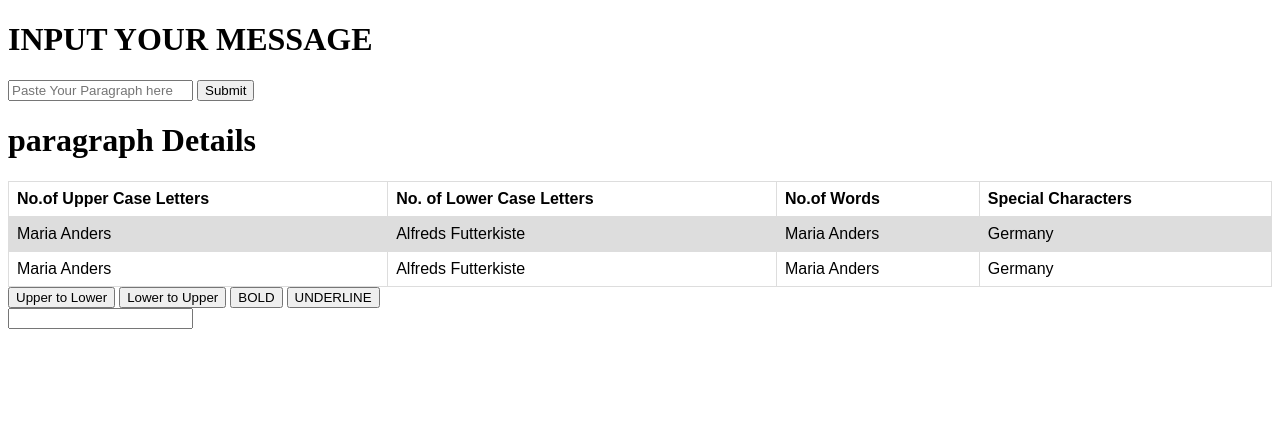
Repository: SharonSebastian32/Paragraph_management_application
Page: index.html
The author's editor kept a copy of each file at every save. The page is drawn from the files as they stood at one save, then again after a run of saves.
The browser window is 1280 px wide. The pictures show the whole page.

Above is the page before, as saved 2024-08-22 14:38:41.

After the next 2 saves:
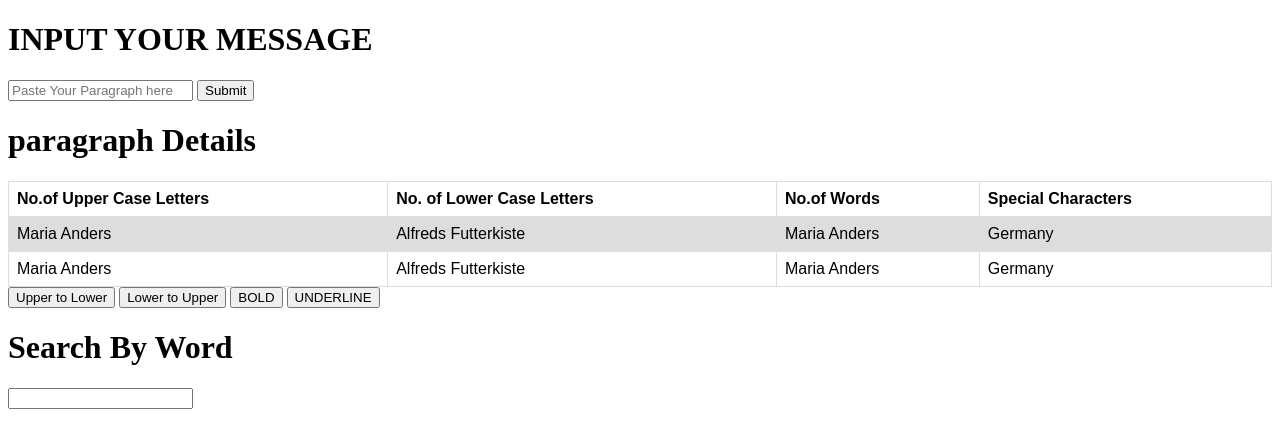
The 2 saves are shown as one change because they came seconds apart.
The last was saved 15 s later.
--- a/index.html
+++ b/index.html
@@ -49,7 +49,7 @@
       <button>BOLD</button>
       <button>UNDERLINE</button>
     </div>
-    <div>
+    <div> <h1>Search By Word</h1>
         <input type="text" name="" id="">
     </div>
   </body>
